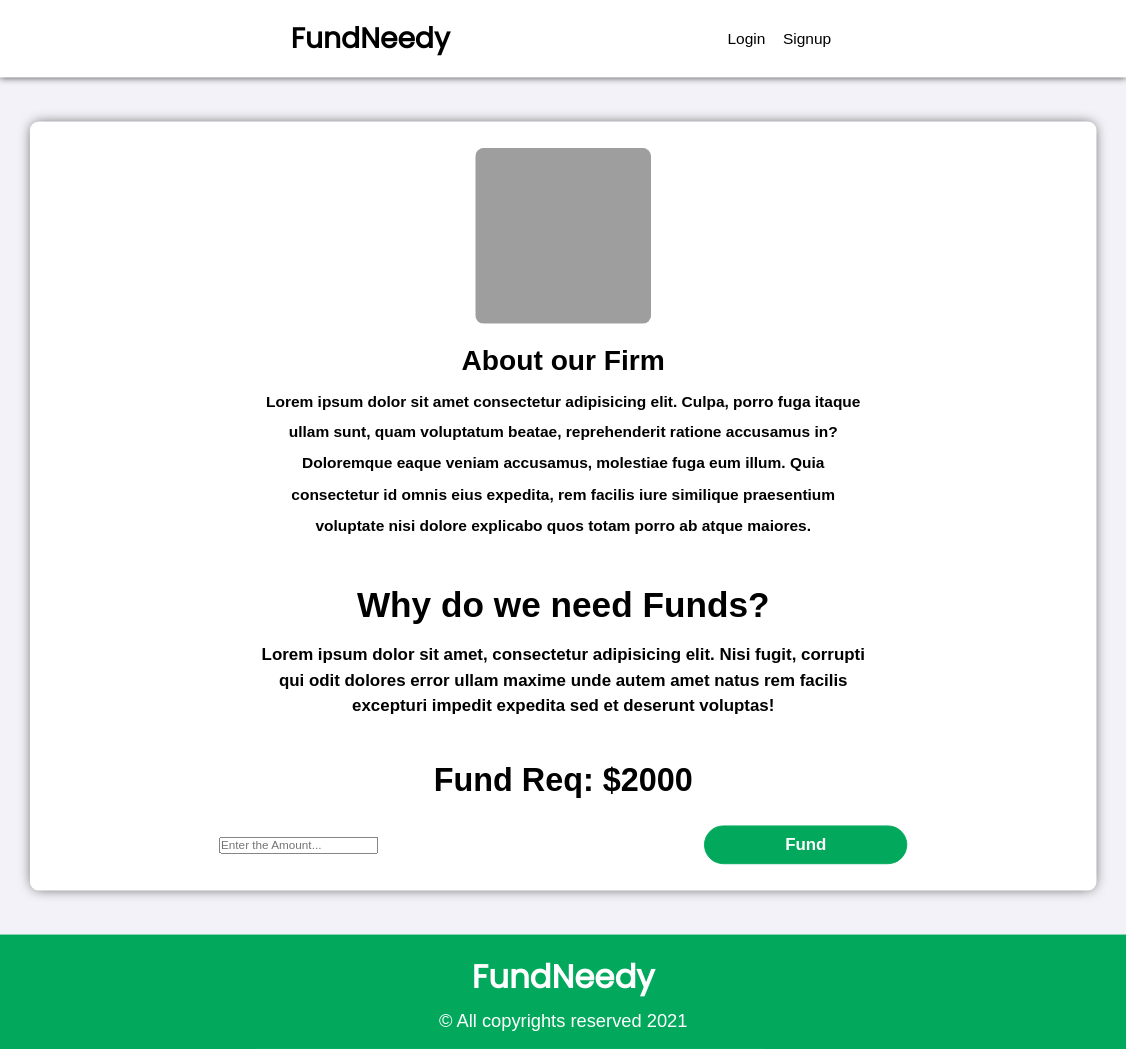
Repository: osdc/codejam
Page: /firmname (app in sassy-sandwiches/fund-needy/)
An editor plug-in stored every save of this project. The page is shown before and after the next save, followed by the edit.
The browser window is 1280 px wide. The pictures show the whole page, at 88% of full size.
Pictures or frames that could not be fetched are drawn as grey boxes. The project was rebuilt for these pictures with package versions that can differ from the ones it lists, and the page was loaded fresh each time. Also part of the build but not shown: sassy-sandwiches/fund-needy/src/Showcase.css, sassy-sandwiches/fund-needy/src/Showcase.js, sassy-sandwiches/fund-needy/src/Needies.css, sassy-sandwiches/fund-needy/src/Needy.css, sassy-sandwiches/fund-needy/src/Needy.js, sassy-sandwiches/fund-needy/src/Needies.js.

Above is the page before, as saved 2021-01-09 22:31:54.

### sassy-sandwiches/fund-needy/public/index.html
<!DOCTYPE html>
<html lang="en">
  <head>
    <meta charset="utf-8" />
    <link rel="icon" href="%PUBLIC_URL%/favicon.ico" />
    <meta name="viewport" content="width=device-width, initial-scale=1" />
    <meta name="theme-color" content="#000000" />
    <meta
      name="description"
      content="Web site created using create-react-app"
    />
    <link rel="apple-touch-icon" href="%PUBLIC_URL%/logo192.png" />
    <link rel="manifest" href="%PUBLIC_URL%/manifest.json" />
    <title>FundNeedy</title>
  </head>
  <body>
    <noscript>You need to enable JavaScript to run this app.</noscript>
    <div id="root"></div>
  </body>
</html>

### sassy-sandwiches/fund-needy/src/App.js
import React from "react";
import "./App.css";
import Navbar from "./Navbar";
import Showcase from "./Showcase";
import Needies from "./Needies";
import Footer from "./Footer";
import { BrowserRouter as Router, Route, Switch } from "react-router-dom";
import FirmFund from "./FirmFund";

function App() {
  return (
    <div className="App">
      <Router>
        <Navbar />
        <Switch>
          <Route exact path="/" component={Showcase} />
          <Route path="/needies" component={Needies} />
          <Route path="/firmname" component={FirmFund} />
        </Switch>
        <Footer />
      </Router>
    </div>
  );
}

export default App;

### sassy-sandwiches/fund-needy/src/App.css
* {
  margin: 0;
  padding: 0;
  font-family: Arial, Helvetica, sans-serif;
}

body {
  background-color: #f3f2f8;
}

### sassy-sandwiches/fund-needy/src/Navbar.js
import React from "react";
import "./Navbar.css";

function Navbar() {
  return (
    <div className="navbar">
      <div className="navbar_logo">
        <h1>FundNeedy</h1>
      </div>
      <div className="navbar_login_signup">
        <button>Login</button>
        <button>Signup</button>
      </div>
    </div>
  );
}

export default Navbar;

### sassy-sandwiches/fund-needy/src/Footer.js
import React from "react";
import "./Footer.css";

function Footer() {
  return (
    <div className="footer">
      <h1>FundNeedy</h1>
      <p>© All copyrights reserved 2021</p>
    </div>
  );
}

export default Footer;

### sassy-sandwiches/fund-needy/src/FirmFund.js
import React from "react";
import "./FirmFund.css";

function FirmFund() {
  return (
    <div className="firmFund">
      <div className="firmFund_image">
        <img
          src="https://i.pinimg.com/originals/ba/fc/15/bafc1525cef9606c5c064694ca8e60fb.jpg"
          alt=""
        />
      </div>
      <div className="firmFund_about">
        <h2>About our Firm</h2>
        <p>
          Lorem ipsum dolor sit amet consectetur adipisicing elit. Culpa, porro
          fuga itaque ullam sunt, quam voluptatum beatae, reprehenderit ratione
          accusamus in? Doloremque eaque veniam accusamus, molestiae fuga eum
          illum. Quia consectetur id omnis eius expedita, rem facilis iure
          similique praesentium voluptate nisi dolore explicabo quos totam porro
          ab atque maiores.
        </p>
      </div>
      <div className="firmFund_need">
        <h2>Why do we need Funds?</h2>
        <p>
          Lorem ipsum dolor sit amet, consectetur adipisicing elit. Nisi fugit,
          corrupti qui odit dolores error ullam maxime unde autem amet natus rem
          facilis excepturi impedit expedita sed et deserunt voluptas!
        </p>
      </div>
      <div className="firmFund_fund">
        <h2>Fund Req: $2000</h2>
        <form>
          <input type="number" required placeholder="Enter the Amount..." />
          <button>Fund</button>
        </form>
      </div>
    </div>
  );
}

export default FirmFund;

### sassy-sandwiches/fund-needy/src/Navbar.css
@import url("https://fonts.googleapis.com/css2?family=Poppins&display=swap");

.navbar {
  display: flex;
  align-items: center;
  justify-content: space-evenly;
  padding: 20px;
  -webkit-box-shadow: 0px 1px 8px 0px rgba(0, 0, 0, 0.75);
  -moz-box-shadow: 0px 1px 8px 0px rgba(0, 0, 0, 0.75);
  box-shadow: 0px 1px 8px 0px rgba(0, 0, 0, 0.75);
  background-color: #fff;
  /* position: sticky; */
  top: 0;
  z-index: 10000;
}

.navbar_logo > h1 {
  font-family: "Poppins", sans-serif;
}

.navbar_login_signup {
  display: flex;
  align-items: center;
  justify-content: space-between;
}

.navbar_login_signup > button:nth-of-type(1) {
  margin-right: 10px;
}

.navbar_login_signup > button {
  padding: 5px;
  font-size: 1.1rem;
  outline: none;
  border: none;
  background-color: #fff;
  cursor: pointer;
  width: 100%;
}

### sassy-sandwiches/fund-needy/src/Footer.css
.footer {
  text-align: center;
  background-color: #02a95c;
  color: #fff;
  padding: 20px;
}

.footer > h1 {
  font-size: 2.3rem;
  font-family: "Poppins";
}

.footer > p {
  font-size: 1.3rem;
  font-weight: 400;
  margin-top: 10px;
}

### sassy-sandwiches/fund-needy/src/FirmFund.css
.firmFund {
  text-align: center;
  background-color: #fff;
  padding: 30px;
  width: 90%;
  margin: auto;
  margin-top: 50px;
  margin-bottom: 50px;
  border-radius: 10px;
  -webkit-box-shadow: 0px 0px 15px -3px rgba(0, 0, 0, 0.75);
  -moz-box-shadow: 0px 0px 15px -3px rgba(0, 0, 0, 0.75);
  box-shadow: 0px 0px 15px -3px rgba(0, 0, 0, 0.75);
}

.firmFund_image > img {
  height: 200px;
  width: 200px;
  border-radius: 10px;
}

.firmFund_about > h2 {
  font-size: 2rem;
  margin-top: 20px;
}

.firmFund_about > p {
  width: 60%;
  margin: auto;
  font-size: 1.1rem;
  font-weight: 600;
  margin-top: 10px;
  margin-bottom: 10px;
  line-height: 2;
}

.firmFund_need > h2 {
  font-size: 2.5rem;
  margin-top: 50px;
}

.firmFund_need > p {
  width: 60%;
  margin: auto;
  margin-top: 20px;
  margin-bottom: 20px;
  font-size: 1.2rem;
  font-weight: 700;
  line-height: 1.5;
}

.firmFund_fund > h2 {
  font-size: 2.3rem;
  margin-top: 50px;
}

.firmFund_fund > form {
  display: flex;
  align-items: center;
  justify-content: space-around;
  margin-top: 30px;
}

.firmFund_fund > form > input[type="text"] {
  padding: 20px;
}

.firmFund_fund > form > button {
  font-size: 1.2rem;
  width: 20%;
  border-radius: 30px;
  outline: none;
  background-color: #02a95c;
  color: #fff;
  font-weight: 700;
  padding: 10px;
  border: 1px solid #02a95c;
  cursor: pointer;
}

Loaded but not shown: sassy-sandwiches/fund-needy/src/index.js (common file); sassy-sandwiches/fund-needy/src/index.css (common file)

After the next save:
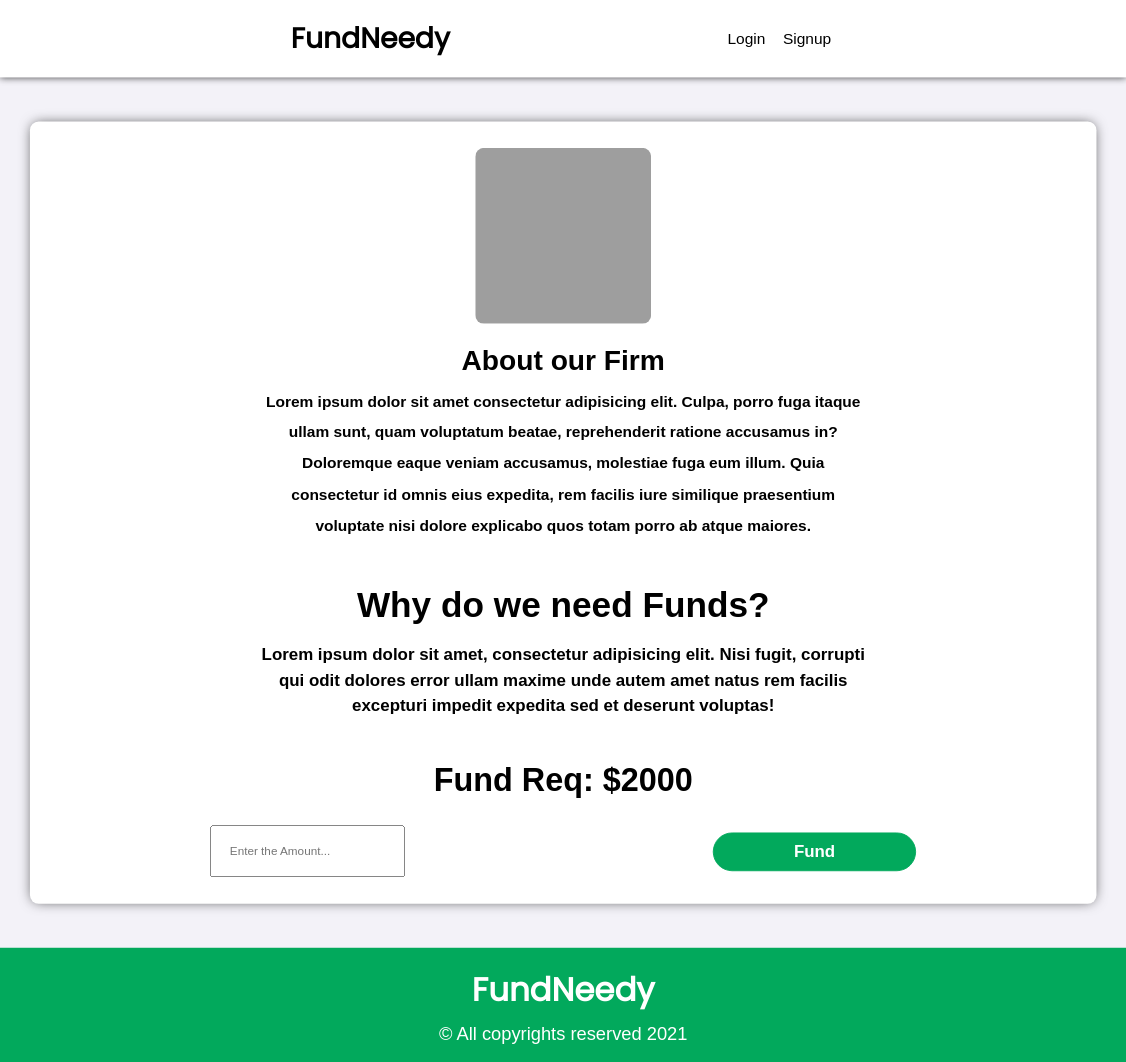
Saved 14 s later.
--- a/sassy-sandwiches/fund-needy/src/FirmFund.css
+++ b/sassy-sandwiches/fund-needy/src/FirmFund.css
@@ -60,7 +60,7 @@
   margin-top: 30px;
 }
 
-.firmFund_fund > form > input[type="text"] {
+.firmFund_fund > form > input[type="number"] {
   padding: 20px;
 }
 

After the save that followed:
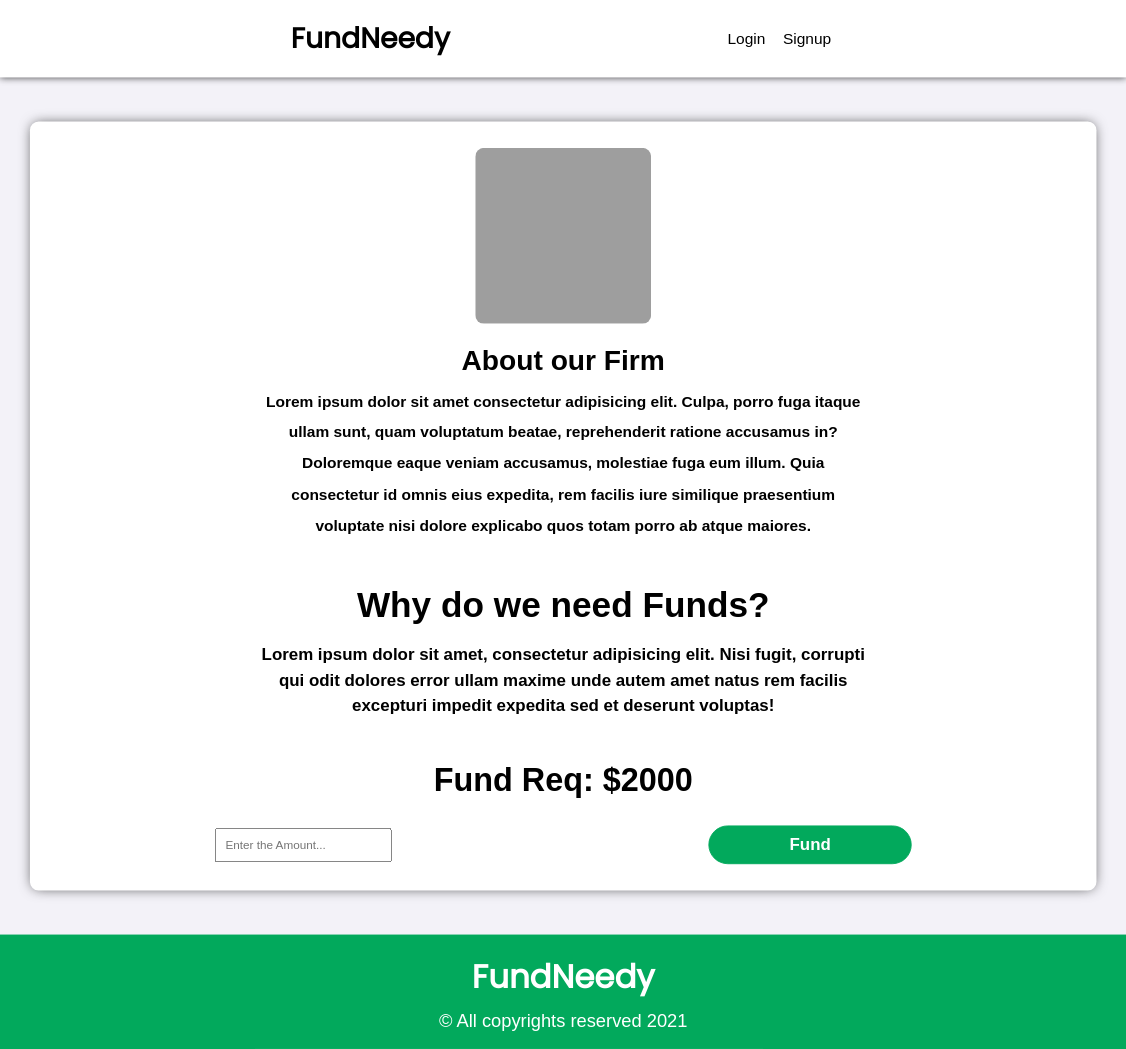
Saved 4 s later.
--- a/sassy-sandwiches/fund-needy/src/FirmFund.css
+++ b/sassy-sandwiches/fund-needy/src/FirmFund.css
@@ -61,7 +61,7 @@
 }
 
 .firmFund_fund > form > input[type="number"] {
-  padding: 20px;
+  padding: 10px;
 }
 
 .firmFund_fund > form > button {
